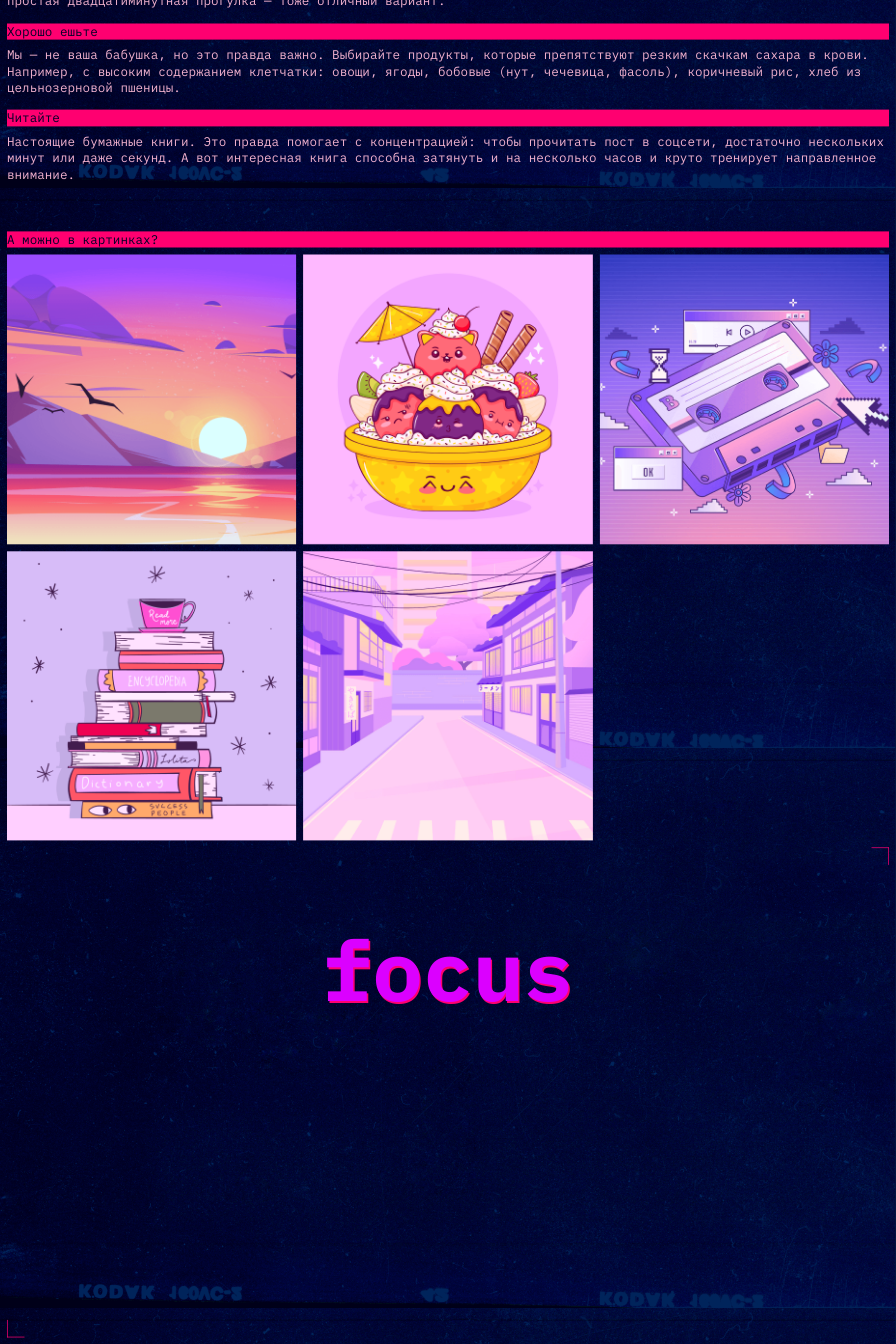
Repository: NikWolf75/slozhno-sosredotochitsya-fd
Page: index.html
These files come from the project's save history. The page is drawn as it stood at one moment and after a run of saves; the edit follows.
The browser window is 1280 px wide. The pictures show the part of the page from y = 2132 to 4052 px (the page is 4052 px tall before and 4000 px after), at 70% of full size.
Backgrounds fixed to the window are drawn as part of the page.

Above is the page before, as saved 2025-02-27 12:15:37.

After the next 2 saves:
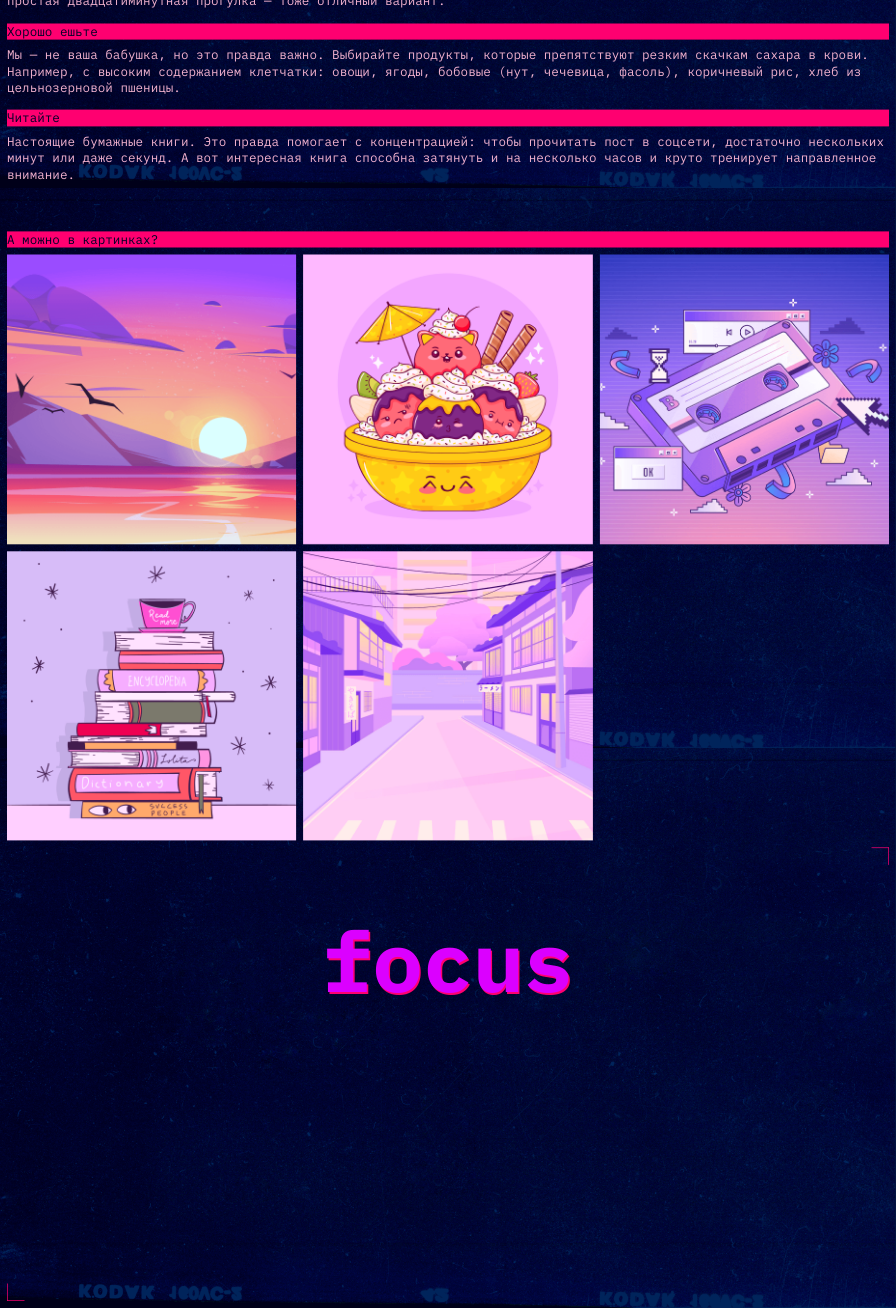
The 2 saves are shown as one change because they came seconds apart.
The last was saved 8 s later.
--- a/styles/style.css
+++ b/styles/style.css
@@ -209,7 +209,7 @@
   grid-template-columns: 1fr;
   grid-template-rows: 1fr min-content 1fr;
   padding: 10px;
-  block-size: ;
+  block-size: max(668px);
 }
 
 .footer__title {

After the save that followed:
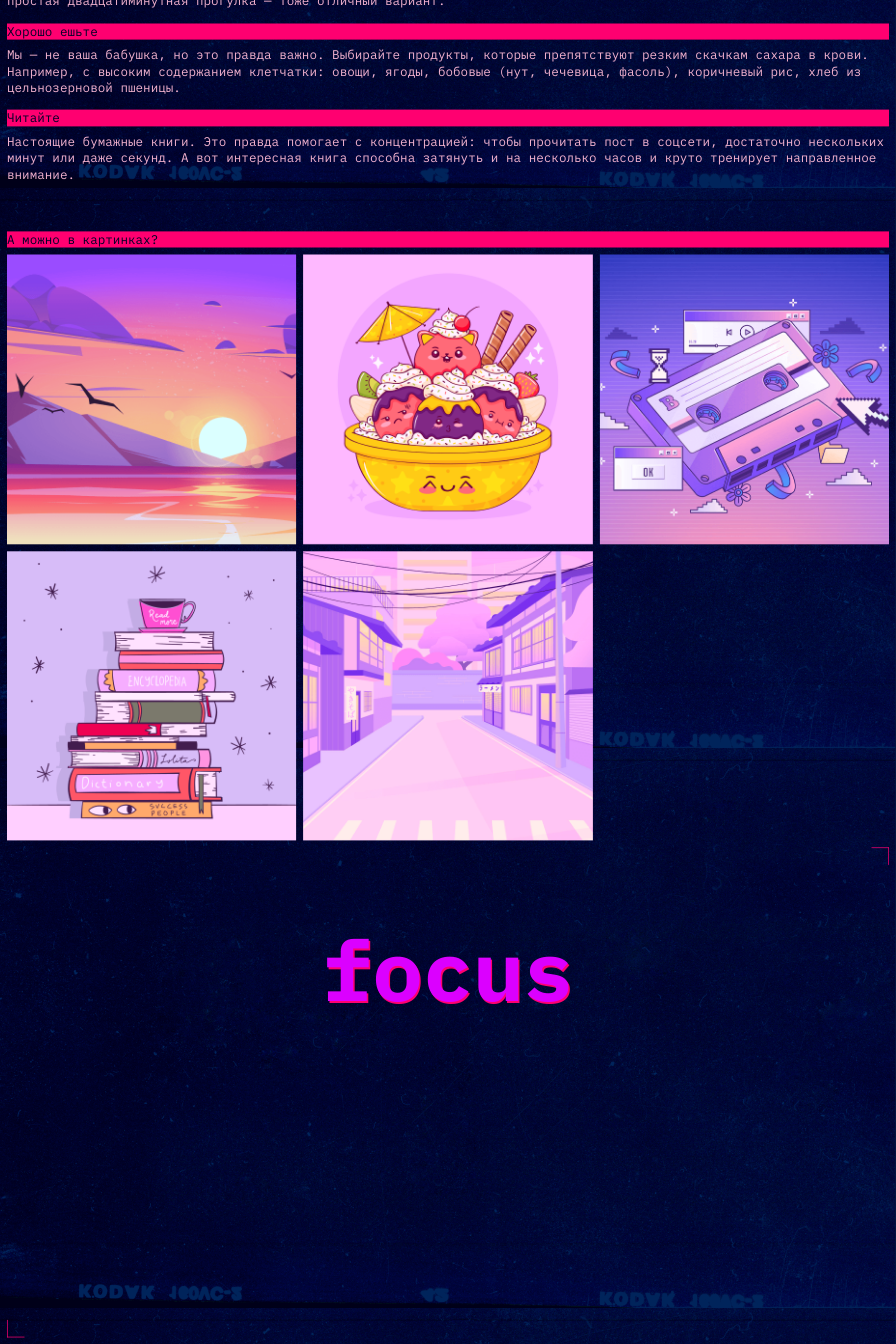
Saved 4 s later.
--- a/styles/style.css
+++ b/styles/style.css
@@ -209,7 +209,7 @@
   grid-template-columns: 1fr;
   grid-template-rows: 1fr min-content 1fr;
   padding: 10px;
-  block-size: max(668px);
+  block-size: max(668px, 100vh);
 }
 
 .footer__title {
